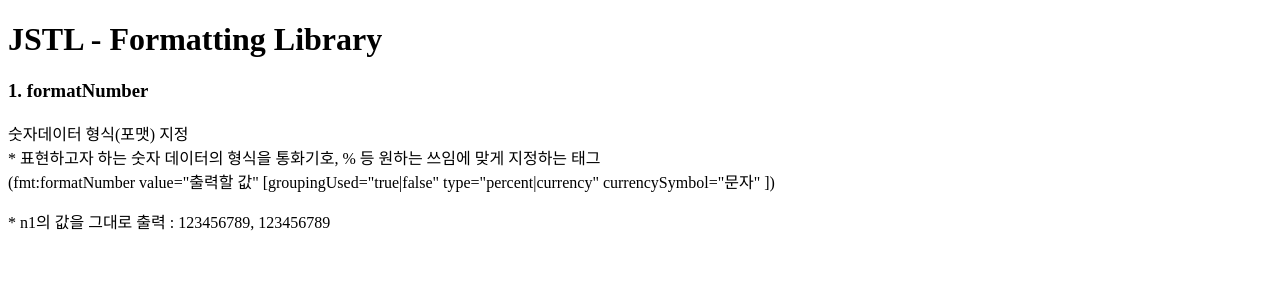
Repository: hailey-516/servlet
Page: http://localhost/3_elAction/views/3_Custom_Action/02_fmt.jsp
These files come from the project's save history. The page is drawn as it stood at one moment and after the next save; the edit follows.
The browser window is 1280 px wide. The pictures show the whole page.
The page is served by Tomcat 9.

Above is the page before, as saved 2024-08-28 01:29:56.

After the next save:
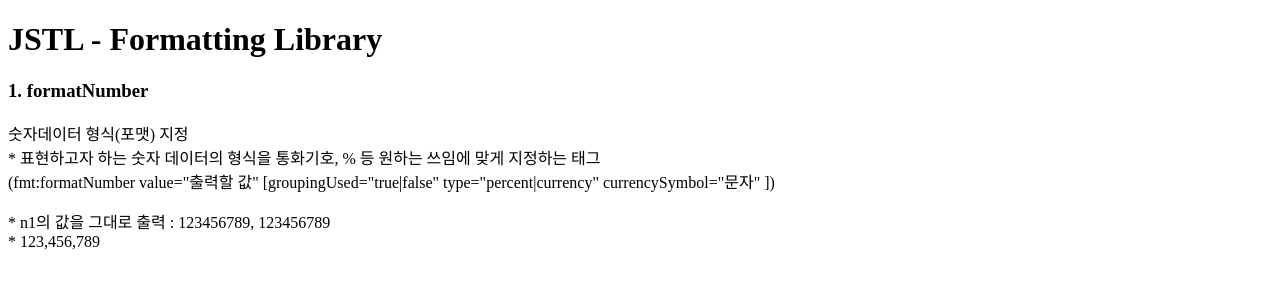
Saved 53 s later.
--- a/3_elAction/src/main/webapp/views/3_Custom_Action/02_fmt.jsp
+++ b/3_elAction/src/main/webapp/views/3_Custom_Action/02_fmt.jsp
@@ -28,6 +28,7 @@
 	<c:set var="n3" value="50000" />
 
 	* n1의 값을 그대로 출력 : <c:out value="${ n1 }" />, ${ n1 } <br>
+	* <fmt:formatNumber value="${ n1 }" />
 
 </body>
 </html>
